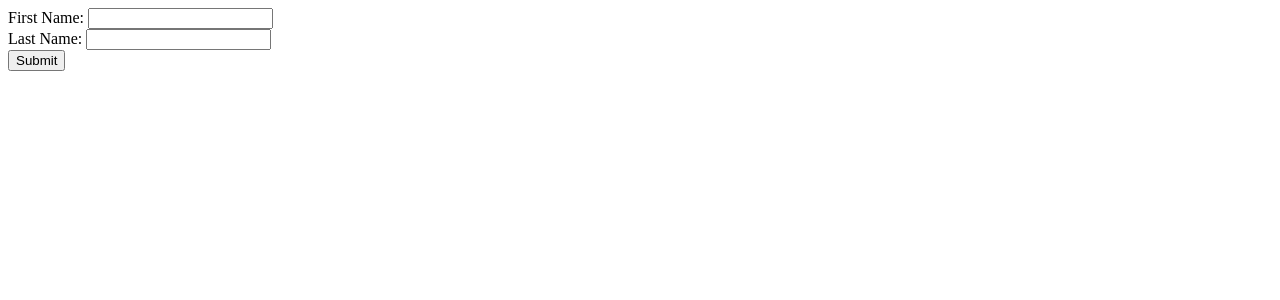
Repository: Catalyst-OTU/Java_Works
Page: ServletBasic/WebContent/student_form.html
These files come from the project's save history. The page is drawn as it stood at one moment and after the next save; the edit follows.
The browser window is 1280 px wide. The pictures show the whole page.

Above is the page before, as saved 2021-01-27 18:06:27.

### ServletBasic/WebContent/student_form.html
<!DOCTYPE html>
<html>
<head>
<meta charset="ISO-8859-1">
<title>Insert title here</title>
</head>
<body>

<form action="StudentServlet">
		First Name: <input type="text" name="firstname"> <br/>
		Last Name: <input type="text" name="lastname"> <br/>

		<input type="submit" name="Submit">


</form>

</body>
</html>

After the next save:
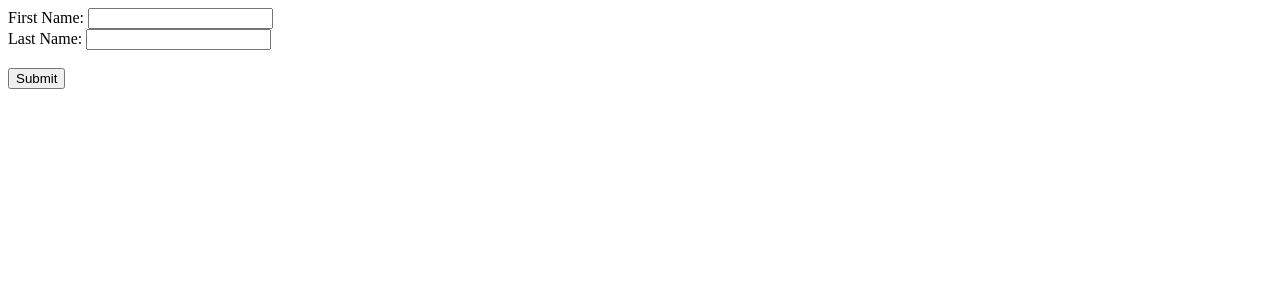
Saved 19 s later.
--- a/ServletBasic/WebContent/student_form.html
+++ b/ServletBasic/WebContent/student_form.html
@@ -8,7 +8,7 @@
 
 <form action="StudentServlet">
 		First Name: <input type="text" name="firstname"> <br/>
-		Last Name: <input type="text" name="lastname"> <br/>
+		Last Name: <input type="text" name="lastname"> <br/> <br/>
 
 		<input type="submit" name="Submit">
 
